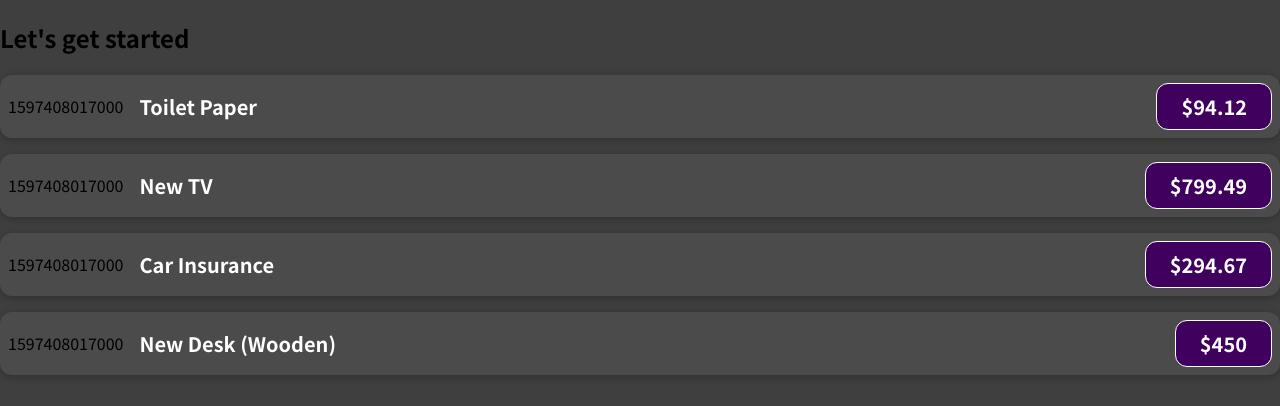
Repository: runner855/expense-tracker
Page: /
An editor plug-in stored every save of this project. The page is shown before and after a run of saves, followed by the edit.
The browser window is 1280 px wide. The pictures show the whole page.
The project was rebuilt for these pictures with package versions that can differ from the ones it lists, and the page was loaded fresh each time.

Above is the page before, as saved 2022-09-02 14:51:03.

### src/index.js
import React from 'react';
import ReactDOM from 'react-dom/client';
import expenses from './data/expenses.json';
import './styles/index.css';
import App from './components/App';

const root = ReactDOM.createRoot(document.getElementById('root'));
root.render(
  <React.StrictMode>
    <App expenses={expenses.expenses} />
  </React.StrictMode>
);

### src/data/expenses.json
{
  "expenses": [
    {
      "id": "e1",
      "title": "Toilet Paper",
      "amount": 94.12,
      "date": 1597408017000
    },
    {
      "id": "e2",
      "title": "New TV",
      "amount": 799.49,
      "date": 1597408017000
    },
    {
      "id": "e3",
      "title": "Car Insurance",
      "amount": 294.67,
      "date": 1597408017000
    },
    {
      "id": "e4",
      "title": "New Desk (Wooden)",
      "amount": 450,
      "date": 1597408017000
    }
  ]
}

### src/components/App.js
import React from 'react';
import ExpenseItem from '../components/ExpenseItem';


const App = (props) => {
  console.log(props)





  return (
    <div className="App">
      <h2>Let's get started</h2>
      <ExpenseItem date={props.expenses[0].date} title={props.expenses[0].title} amount={props.expenses[0].amount} />
      <ExpenseItem date={props.expenses[1].date} title={props.expenses[1].title} amount={props.expenses[1].amount} />
      <ExpenseItem date={props.expenses[2].date} title={props.expenses[2].title} amount={props.expenses[2].amount} />
      <ExpenseItem date={props.expenses[3].date} title={props.expenses[3].title} amount={props.expenses[3].amount} />






    </div>
  );
}

export default App;

### src/components/ExpenseItem.js
import React from 'react';
import '../styles/ExpenseItem.css'
import moment from 'moment';


const ExpenseItem = (props) => {

  const { date, title, amount } = props;


  return (
    <div className='expense-item'>
      <div className='expense-item__date'>
        {`${date}`}
      </div>
      <div className='expense-item__description'>
        <h2>{`${title}`}</h2>
        <div className='expense-item__price'>
          ${`${amount}`}
        </div>
      </div>
    </div>)
}

export default ExpenseItem;

### src/styles/ExpenseItem.css
.expense-item {
  display: flex;
  justify-content: space-between;
  align-items: center;
  box-shadow: 0 2px 8px rgba(0, 0, 0, 0.25);
  padding: 0.5rem;
  margin: 1rem 0;
  border-radius: 12px;
  background-color: #4b4b4b;
}

.expense-item__description {
  display: flex;
  flex-direction: column;
  gap: 1rem;
  align-items: flex-end;
  flex-flow: column-reverse;
  justify-content: flex-start;
  flex: 1;
}

.expense-item h2 {
  color: #3a3a3a;
  font-size: 1rem;
  flex: 1;
  margin: 0 1rem;
  color: white;
}

.expense-item__price {
  font-size: 1rem;
  font-weight: bold;
  color: white;
  background-color: #40005d;
  border: 1px solid white;
  padding: 0.5rem;
  border-radius: 12px;
}

@media (min-width: 580px) {
  .expense-item__description {
    flex-direction: row;
    align-items: center;
    justify-content: flex-start;
    flex: 1;
  }

  .expense-item__description h2 {
    font-size: 1.25rem;
  }

  .expense-item__price {
    font-size: 1.25rem;
    padding: 0.5rem 1.5rem;
  }
}

Loaded but not shown: public/index.html (common file); src/styles/index.css (common file)

After the next 2 saves:
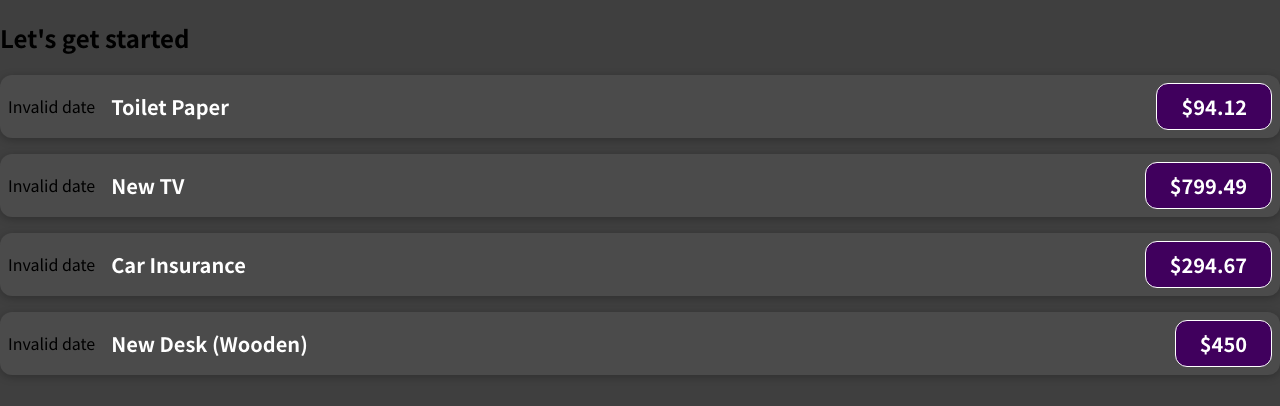
The 2 saves are shown as one change because 1 did not build or start.
The last was saved 25 s later.
--- a/src/components/ExpenseItem.js
+++ b/src/components/ExpenseItem.js
@@ -11,7 +11,8 @@ const ExpenseItem = (props) => {
   return (
     <div className='expense-item'>
       <div className='expense-item__date'>
-        {`${date}`}
+        {moment(
+          `${date}`).format('LL')}
       </div>
       <div className='expense-item__description'>
         <h2>{`${title}`}</h2>
